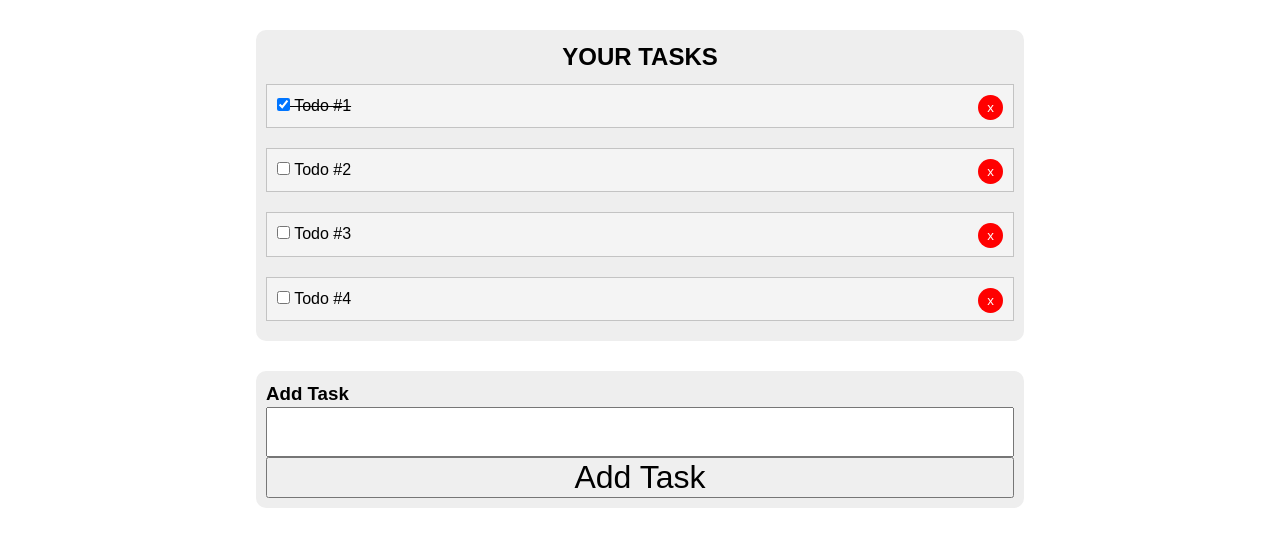
Repository: n0rthern-light/vuejs-taskmanager
Page: /
The author's editor kept a copy of each file at every save. The page is drawn from the files as they stood at one save, then again after the next save.
The browser window is 1280 px wide. The pictures show the whole page.
The project was rebuilt for these pictures with package versions that can differ from the ones it lists, and the page was loaded fresh each time.

Above is the page before, as saved 2019-02-18 16:15:26.

After the next save:
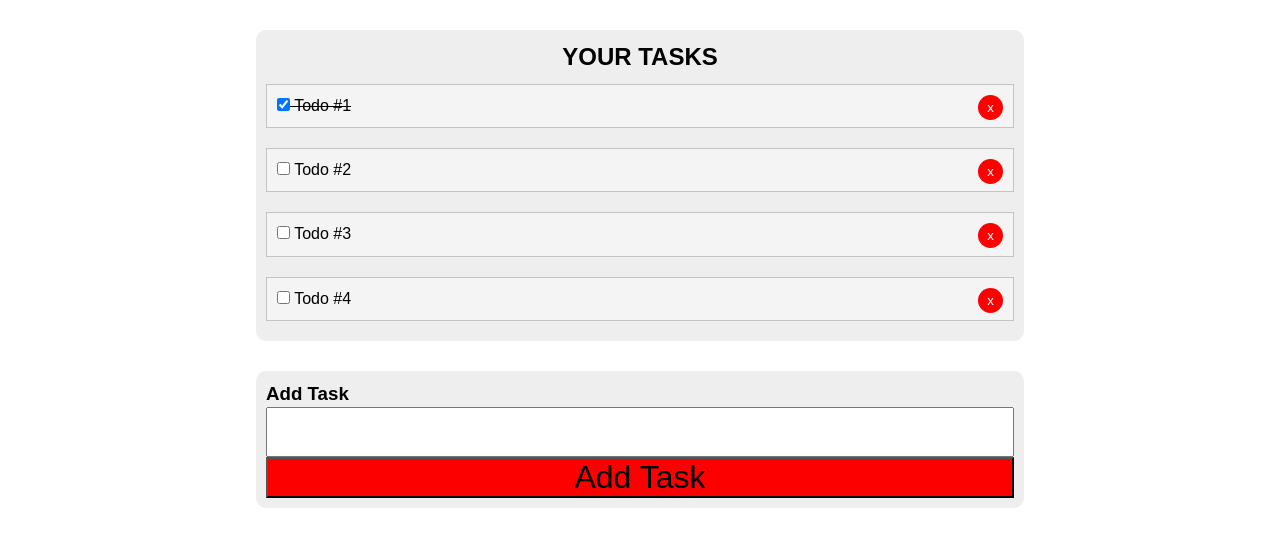
Saved 11 s later.
--- a/src/components/TodoAdd.vue
+++ b/src/components/TodoAdd.vue
@@ -37,6 +37,7 @@ export default {
 
 .container .btn {
   font-size: 2.0em;
+  background-color: #fc0000;
 }
 
 </style>
